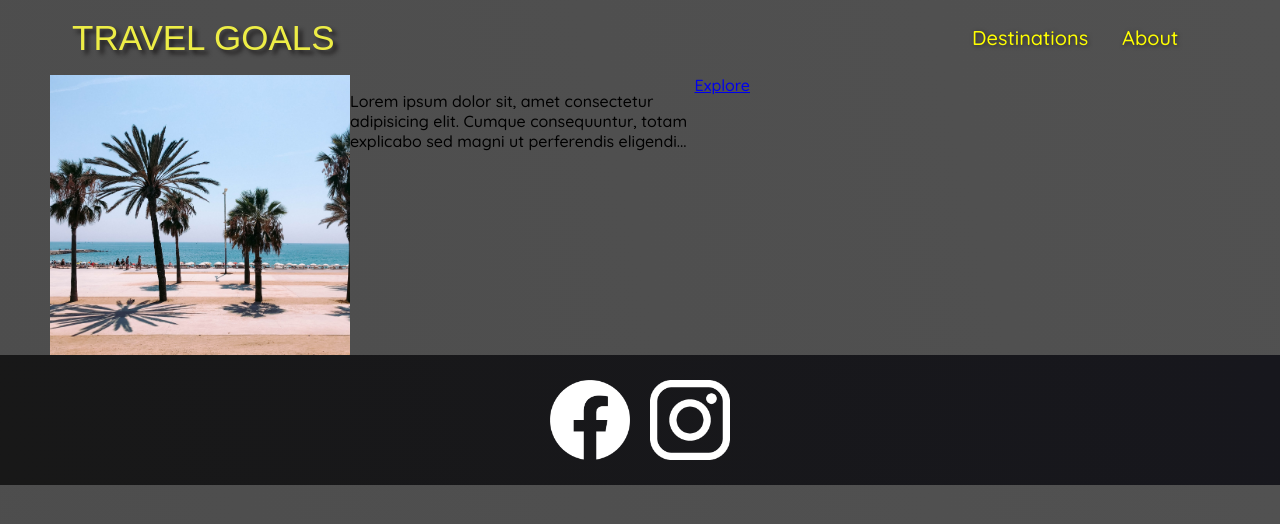
Repository: MicTomm/Travel-Goals
Page: places.html
These files come from the project's save history. The page is drawn as it stood at one moment and after the next save; the edit follows.
The browser window is 1280 px wide. The pictures show the whole page.
Some web fonts or font styles are not loaded; a fallback is used.

Above is the page before, as saved 2023-06-08 20:16:43.

### places.html
<!DOCTYPE html>
<html lang="it">

<head>
    <meta charset="UTF-8">
    <title>Travel Goals</title>
    <link rel="stylesheet"
        href="https://fonts.googleapis.com/css2?family=Raleway:wght@700&family=Oleo+Script:wght@700&family=Quicksand:wght@300;500&display=swap">
    <link href="/styles/shared.css" rel="stylesheet">
    <link href="/styles/places.css" rel="stylesheet">
</head>

<body>
    <header>
        <div id="logo">
            <a href="/index.html">Travel Goals</a>
        </div>
        <nav>
            <ul>
                <li><a href="/places.html">Destinations</a></li>
                <li><a href="">About</a></li>
            </ul>
        </nav>
    </header>
    <main>
        <ul>
            <li>
                <img src="images/places/barcelona.jpg" alt="Barcelona">
                <div>
                    <p>Lorem ipsum dolor sit, amet consectetur adipisicing elit. Cumque consequuntur, totam explicabo sed magni ut perferendis eligendi...</p>
                </div>
                <div>
                    <a href="https://en.wikipedia.org/wiki/Barcelona">Explore</a>
                </div>
            </li>
        </ul>
    </main>
    <footer>
        <ul>
            <li>
                <a href="https://www.facebook.com/" title="facebook">
                    <img src="/images/icons/facebook.png" alt="facebook-icon">
                </a>
            </li>
            <li>
                <a href="https://www.instagram.com/" title="instagram">
                    <img src="/images/icons/insta.png" alt="instagram-icon">
                </a>
            </li>
    </footer>
</body>

</html>

### styles/shared.css
body {
    margin: 0px;
    font-family: 'Quicksand', sans-serif;
}

ul {
    list-style: none;
    padding: 0px;
    margin: 0px;
}

header {
    display: flex;
    justify-content: space-between;
    align-items: center;
    padding: 15px 60px;
    position: absolute;
    width: 100%;
    top: 0;
    left: 0;
    box-sizing: border-box;
}

header ul {
    margin: 10px;
    display: flex;
    justify-content: space-between;
    width: 250px;
}

header li {
    width: 100px;
}

header a {
    color: yellow;
    text-decoration: none;
    font-size: 20px;
    padding: 12px;
    text-shadow: 1px 1px 4px rgba(0, 0, 0, 0.5);
}

header a:hover {
    background-color: yellow;
    box-shadow: 2px 2px 4px rgba(0, 0, 0, 0.5);
    color: rgb(67, 60, 60);
    text-shadow: 1px 1px 2px rgb(0, 0, 0, 0.5);
    border-radius: 8px;
}

footer{
    background: linear-gradient(70deg, rgb(24, 24, 24), rgb(23, 23, 29));
    padding: 25px;
}

footer ul{
    display: flex;
    justify-content: center;
}

footer li{
    width: 80px;
    height: 80px;
    margin: 0px 10px;
}

footer img{
    width: 100%;
    height: 100%;
}

#logo a {
    font-family: 'Oleo script', sans-serif;
    font-size: 35px;
    text-decoration: none;
    color: rgb(237, 237, 70);
    text-shadow: 4px 4px 4px rgb(31, 29, 29);
    text-transform: uppercase;
}

#logo a:hover {
    background-color: transparent;

}

### styles/places.css
body {
    background: linear-gradient(77deg, rgb(77, 77, 77), rgb(81, 81, 81));
}

/*
    position: static sovrascrive il comportamento impostato per l'header nel file shared.css, al fine
    di evitare la sovrapposizione delle prime card sull'header
*/
header {
    position: static;
}

main ul {
    width: 800px;
}

main li {
    display: flex;
    margin: 0px 50px;
}

main li img {
    height: 280px;
    width: 300px;
    object-fit: cover;
}

After the next save:
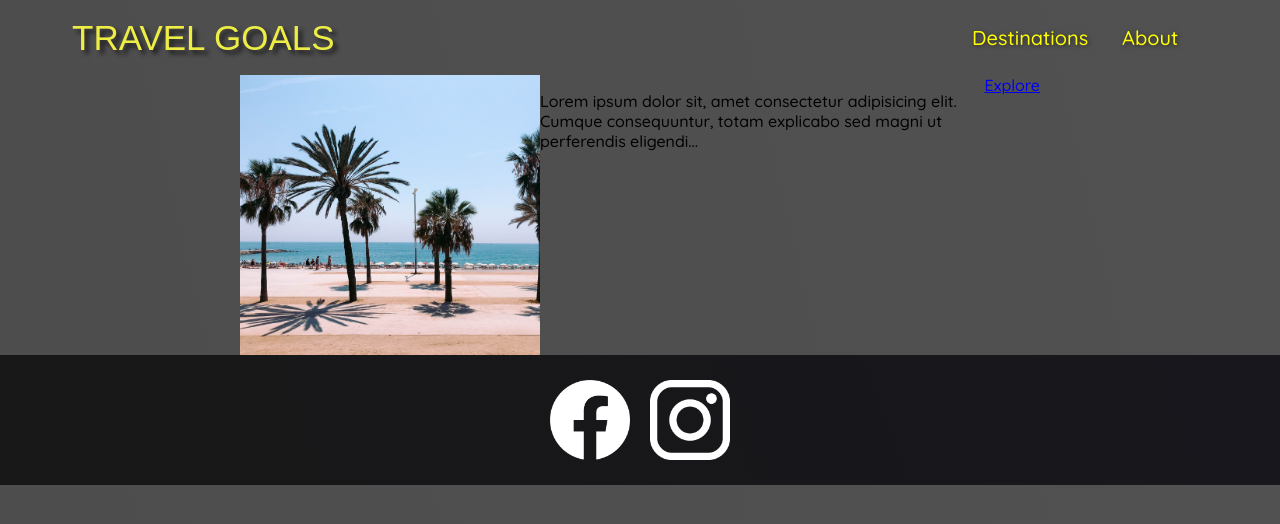
Saved 38 s later.
--- a/styles/places.css
+++ b/styles/places.css
@@ -12,11 +12,11 @@ header {
 
 main ul {
     width: 800px;
+    margin: 0px auto;
 }
 
 main li {
     display: flex;
-    margin: 0px 50px;
 }
 
 main li img {
